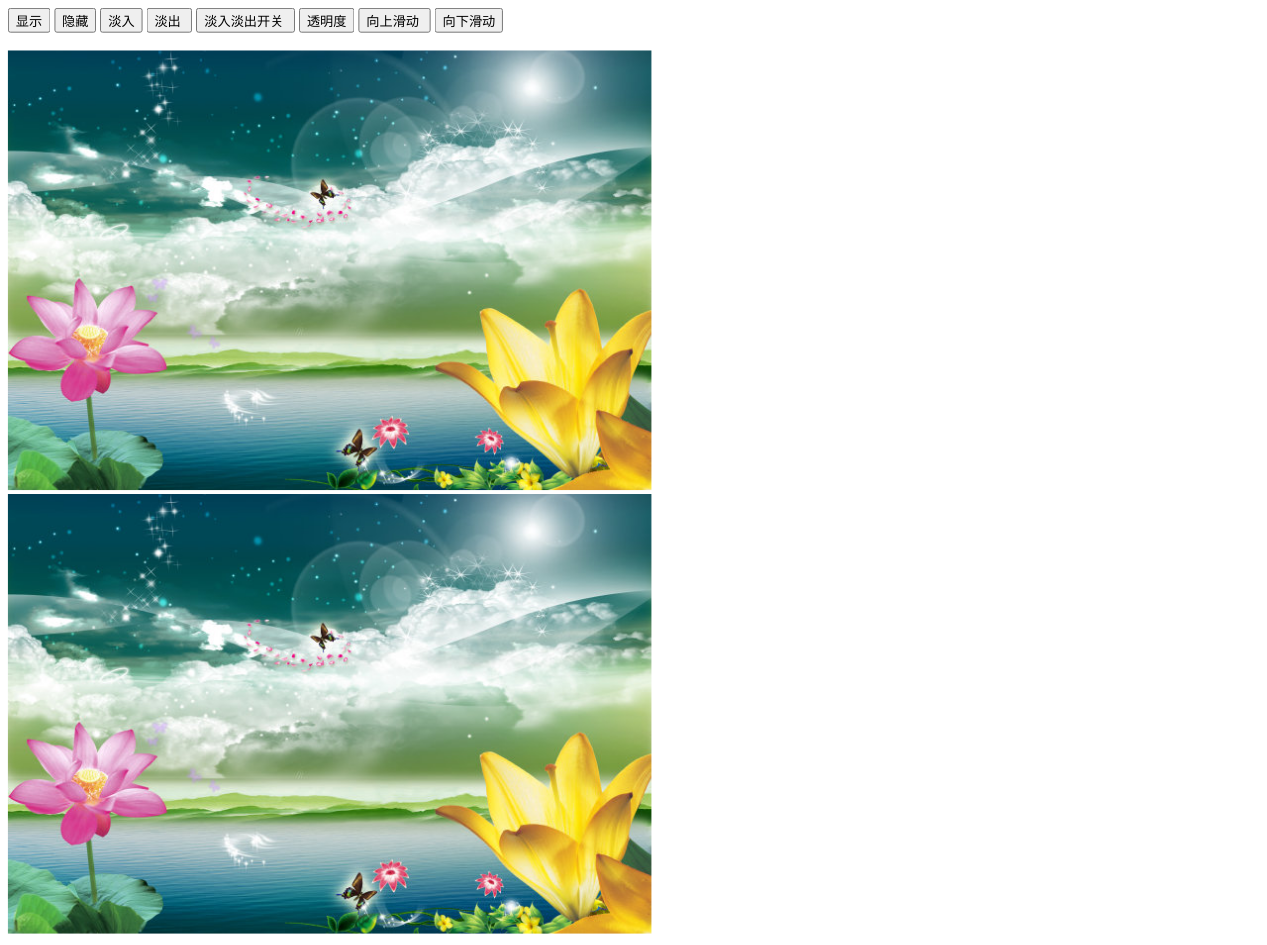
Repository: jsjchai/springmvc_study
Page: springmvc/jquery/jquery_Test/WebContent/jqueryTest14.html
An editor plug-in stored every save of this project. The page is shown before and after the next save, followed by the edit.
The browser window is 1280 px wide. The pictures show the whole page, at 99% of full size.

Above is the page before, as saved 2015-04-06 12:02:45.

### springmvc/jquery/jquery_Test/WebContent/jqueryTest14.html
<!DOCTYPE html>
<html>
<head>
<meta charset="UTF-8">
<title>jquery动画效果</title>
<script type="text/javascript" src="./js/jquery-1.11.2.js"></script>
<script type="text/javascript">
	//onload事件
	$(document).ready(function(){
		//显示
		$("#b1").click(function(){
			$("#img1").show();
		});
		//隐藏
		$("#b2").click(function(){
			$("#img1").hide();
		});
		//淡入
		$("#b3").click(function(){
			$("#img1").fadeIn();
		});
		//淡出
		$("#b4").click(function(){
			$("#img1").fadeOut();
		});
		//淡入淡出开关
		$("#b5").click(function(){
			//$("#img1").fadeToggle();
			//$("#img1").fadeToggle("slow");
			//$("#img1").fadeToggle("fast");
			$("#img1").fadeToggle(5000);
		});
		//透明度
		$("#b6").click(function(){
			$("#img1").fadeTo("slow",0.2);
			$("#img2").fadeTo("slow",0.8);
		});
	});

</script>
</head>
<body>
	<input type="button" value="显示" id="b1">
	<input type="button" value="隐藏" id="b2">
	<input type="button" value="淡入" id="b3">
	<input type="button" value="淡出 " id="b4">
	<input type="button" value="淡入淡出开关 " id="b5">
	<input type="button" value="透明度" id="b6">
	<input type="button" value="向上滑动 " id="b7">
	<input type="button" value="向下滑动" id="b8">
	<br><br>
	<img alt="图片" src="./images/1.jpg" id="img1">
	<img alt="图片" src="./images/2.jpg" id="img2">
</body>
</html>

Loaded but not shown: springmvc/jquery/jquery_Test/WebContent/js/jquery-1.11.2.js (library)

After the next save:
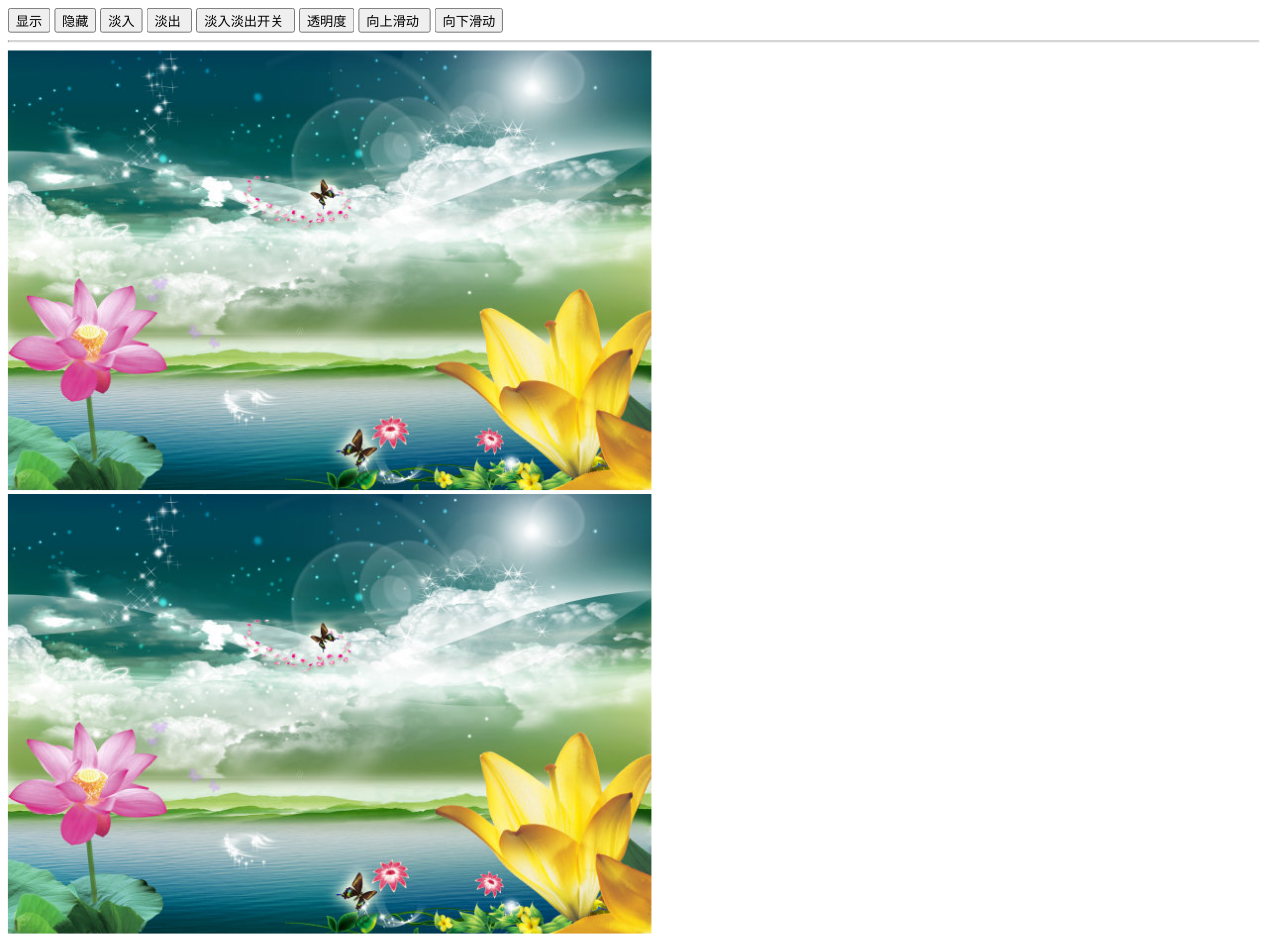
Saved 14 s later.
--- a/springmvc/jquery/jquery_Test/WebContent/jqueryTest14.html
+++ b/springmvc/jquery/jquery_Test/WebContent/jqueryTest14.html
@@ -48,7 +48,7 @@
 	<input type="button" value="透明度" id="b6">
 	<input type="button" value="向上滑动 " id="b7">
 	<input type="button" value="向下滑动" id="b8">
-	<br><br>
+	<hr>
 	<img alt="图片" src="./images/1.jpg" id="img1">
 	<img alt="图片" src="./images/2.jpg" id="img2">
 </body>
